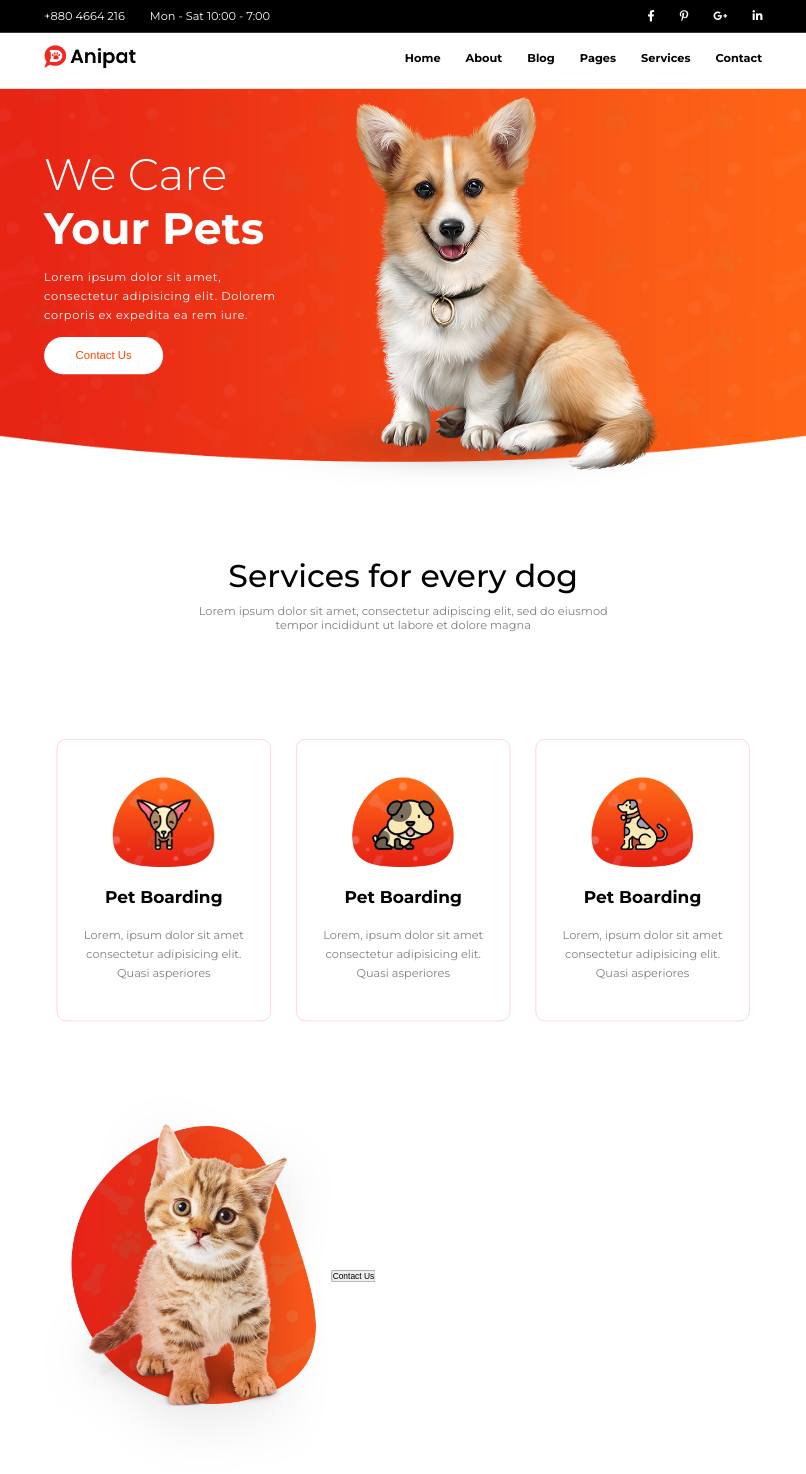
Repository: giahuy405/Day_2_Anipat
Page: index.html
An editor plug-in stored every save of this project. The page is shown before and after the next save, followed by the edit.
The browser window is 1280 px wide. The pictures show the whole page, at 63% of full size.

Above is the page before, as saved 2022-09-08 23:32:02.

### index.html
<!DOCTYPE html>
<html lang="en">
<head>
    <meta charset="UTF-8">
    <meta http-equiv="X-UA-Compatible" content="IE=edge">
    <meta name="viewport" content="width=device-width, initial-scale=1.0">
    <title>Anipat</title>
    <link rel="stylesheet" href="https://cdnjs.cloudflare.com/ajax/libs/font-awesome/6.2.0/css/all.min.css">
    <link href="https://fonts.googleapis.com/css2?family=Montserrat:wght@300;400;500;700&display=swap" rel="stylesheet">
    <link rel="stylesheet" href="./css/index.css">
</head>
<body>
    <header>
        <div class="header-top">
            <div class="container">
                <div class="header__contact">
                    <a href="#">+880 4664 216 </a>
                    <span>Mon - Sat 10:00 - 7:00</span>
                </div>
                <div class="header__social">
                    <ul>
                        <li><a href="#"><i class="fa-brands fa-facebook-f"></i></a></li>
                        <li><a href="#"><i class="fa-brands fa-pinterest-p"></i></a></li>
                        <li><a href="#"><i class="fa-brands fa-google-plus-g"></i></a></li>
                        <li><a href="#"><i class="fa-brands fa-linkedin-in"></i></a></li>
                    </ul>
                </div>
                <div class="clear"></div>
            </div>
        </div>
        <div class="header-bottom container">
            <img src="./img/logo.png" alt="Logo">
            <ul>
                <li><a href="#">Home</a></li>
                <li><a href="#">About</a></li>
                <li><a href="#">Blog</a></li>
                <li><a href="#">Pages</a></li>
                <li><a href="#">Services</a></li>
                <li><a href="#">Contact</a></li>
            </ul>
            <div class="clear"></div>
        </div>

    </header>
    <div class="carousel">
        <div class="container">
            <div class="carousel__content">
                <h1>We Care</h1>
                <h2>Your Pets</h2>
                <p>Lorem ipsum dolor sit amet, consectetur adipisicing elit. Dolorem corporis ex expedita ea rem iure.</p>
                <button>Contact Us</button>
            </div>
            <div class="carousel__dog">
                <img src="./img/dog.png" alt="Dog">
            </div>
            <div class="clear"></div>
        </div>
    </div>
    <div class="service">
        <div class="service-top">
            <h1>Services for every dog</h1>
            <p>Lorem ipsum dolor sit amet, consectetur adipiscing elit, sed do eiusmod tempor incididunt ut labore et dolore magna</p>
        </div>
        <div class="service-bottom container">
            <div class="service-card">
                <div class="service__item">
                    <div class="service__background">
                        <img src="./img/service_icon_1.png" alt="">
                    </div>
                    <h2>Pet Boarding</h2>
                    <p>Lorem, ipsum dolor sit amet consectetur adipisicing elit. Quasi asperiores</p>
                </div>
            </div>
            <div class="service-card">
                <div class="service__item">
                    <div class="service__background">
                        <img src="./img/service_icon_2.png" alt="">
                    </div>
                    <h2>Pet Boarding</h2>
                    <p>Lorem, ipsum dolor sit amet consectetur adipisicing elit. Quasi asperiores</p>
                </div>
            </div>
            <div class="service-card">
                <div class="service__item">
                    <div class="service__background">
                        <img src="./img/service_icon_3.png" alt="">
                    </div>
                    <h2>Pet Boarding</h2>
                    <p>Lorem, ipsum dolor sit amet consectetur adipisicing elit. Quasi asperiores</p>
                </div>
            </div>
            <div class="clear"></div>
        </div>
    </div>
    <div class="netcare container">
        <div class="netcare__cat">
            <img src="./img/pet_care.png" alt="pet care">
        </div>
        <div class="netcare__content">
                <h1>We Care</h1>
                <h2>Your Pets</h2>
                <p>Lorem ipsum dolor sit amet, consectetur adipisicing elit. Dolorem corporis ex expedita ea rem iure.</p>
                <button>Contact Us</button>
        </div>
        <div class="clear"></div>
    </div>
</body>
</html>

### css/index.css
*{
    padding: 0;
    margin: 0;
    box-sizing: border-box;
}
.clear{
    clear: both;
}
html{
    font-size: 18px;
    font-family: 'Montserrat', sans-serif;
}
.container{
    width: 1140px;
    margin: 0 auto;
}
.header__contact{
    float: left;
}
.header__social{
    float: right;
}
.header-top{
    background-color: black;
    padding: 15px;
}
.header__contact a{
     color: white;
     text-decoration: none;
     transition: all 0.2s;
}
.header__contact a:hover{
    color: red;
}
.header__contact span{
    color: white;
    margin-left: 35px;
}
.header__social ul,.header-bottom ul{
    list-style: none;
}
.header__social li,.header-bottom li{
    display: inline;
    margin-left: 35px;
}
.header__social i{
    color: white;
    transition: all 0.2s;
}
.header__social i:hover{
    color: red;
}
.header-bottom ul{
    float: right;
}
.header-bottom a{
    text-decoration: none;
    font-weight: bold;
    color: black;
    transition: all 0.2;
    line-height: 40px;
}
.header-bottom a:hover{
    color: red;
}
.header-bottom{
    padding: 20px 0;
}
.carousel{
    background-image: url(../img/banner.png);
    background-position: center bottom;
    background-repeat: no-repeat;
    background-size: 100%;
    height: 600px;
    position: relative;
    margin-bottom: 150px;
}
.carousel__content{
    float: left;
    width: 33%;
    padding-top: 100px;
}
.carousel__dog{
    float: left;
    width: 67%;
    position: absolute;
    top: -10px;
    left: 315px;
    padding: 30px;
}
.carousel__content h1,.netcare__content h1{
    color: white;
    font-size: 70px;
    font-weight: 300;
}
.carousel__content h2,.netcare__content h2{
    color: white;
    font-size: 70px;
    font-weight: 700;
}
.carousel__content p,.netcare__content p{
    color: white;
    line-height: 30px;
    letter-spacing: 1px;
    margin: 20px 0;
}
.carousel__content button{
    padding: 19px 50px;
    border-radius: 30px;
    border: none;
    font-size: 18px;
    background-color: white;
    color: orangered;
    cursor: pointer;
}
.carousel__content button:hover{
    background-color: orangered;
    color: white;
}
.carousel__dog img{
    width: 100%;

}
.service{
    text-align: center;
    margin-bottom: 100px;
}
.service-top h1{
    font-weight: 500;
    font-size: 50px;
    margin-bottom: 15px;
}
.service-top p{
    padding: 0 300px;
    color: grey;
}
.service-top{
    margin-bottom: 150px;
}
.service-card{
    float: left;
    width: 33.3333%;
}
.service__background{
    background-image: url(../img/service_icon_bg_1.png);
    width: 161px;
    height: 143px;
    background-position: center;
    margin: 0 auto;
}
.service__item{
    border: 1px solid pink;
    border-radius: 15px;
    padding: 60px 40px;
}
.service-card{
    padding: 20px;
}
.service__item img{
    padding-top: 35px;
}
.service__item h2{
    margin: 30px 0;
}
.service__item p{
    color: grey;
    line-height: 30px;
}
.netcare__cat{
    float: left;
    width: 40%;
}
.netcare__content{
    float: left;
    width: 60%;
}
.netcare__cat img{
    width: 100%;
}

After the next save:
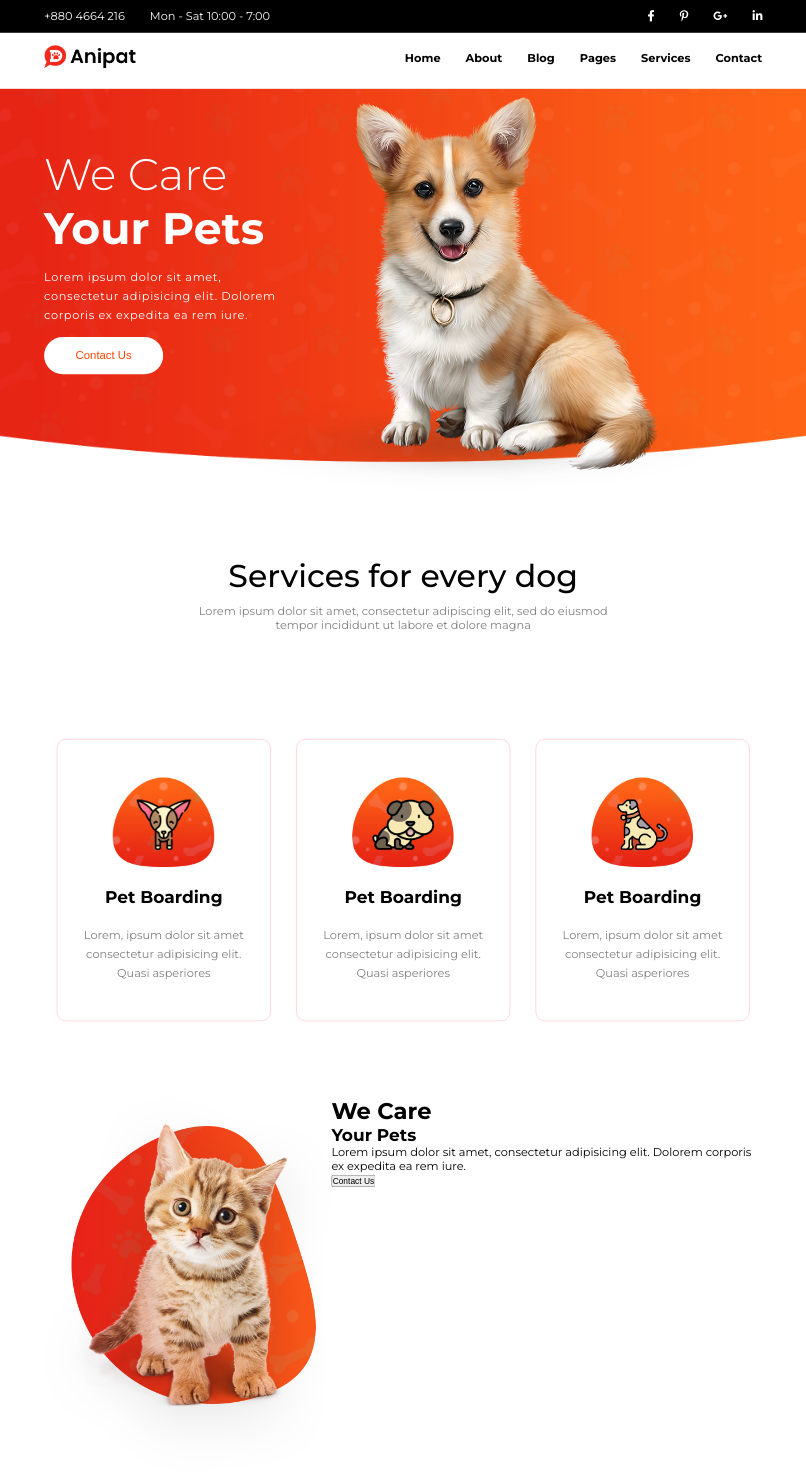
Saved 18 s later.
--- a/css/index.css
+++ b/css/index.css
@@ -88,17 +88,17 @@ html{
     left: 315px;
     padding: 30px;
 }
-.carousel__content h1,.netcare__content h1{
+.carousel__content h1{
     color: white;
     font-size: 70px;
     font-weight: 300;
 }
-.carousel__content h2,.netcare__content h2{
+.carousel__content h2{
     color: white;
     font-size: 70px;
     font-weight: 700;
 }
-.carousel__content p,.netcare__content p{
+.carousel__content p{
     color: white;
     line-height: 30px;
     letter-spacing: 1px;
